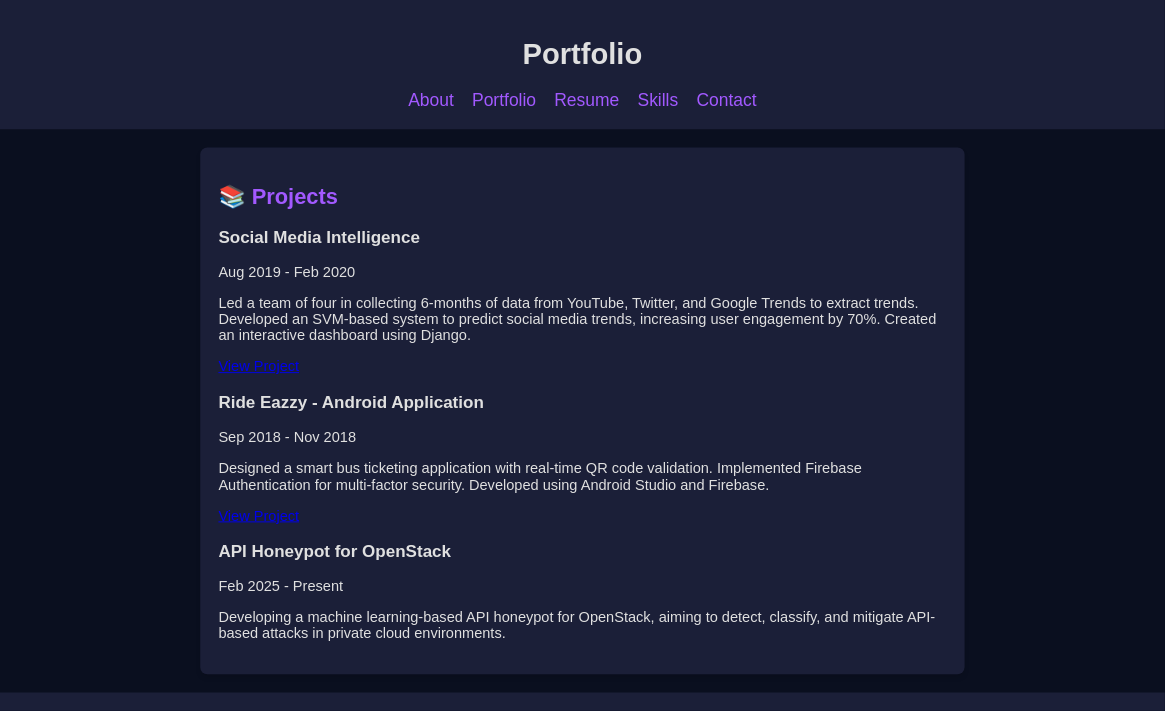
Repository: aman3singh/portfolio
Page: portfolio.html
These files come from the project's save history. The page is drawn as it stood at one moment and after the next save; the edit follows.
The browser window is 1280 px wide. The pictures show the whole page, at 91% of full size.

Above is the page before, as saved 2025-02-11 23:49:19.

After the next save:
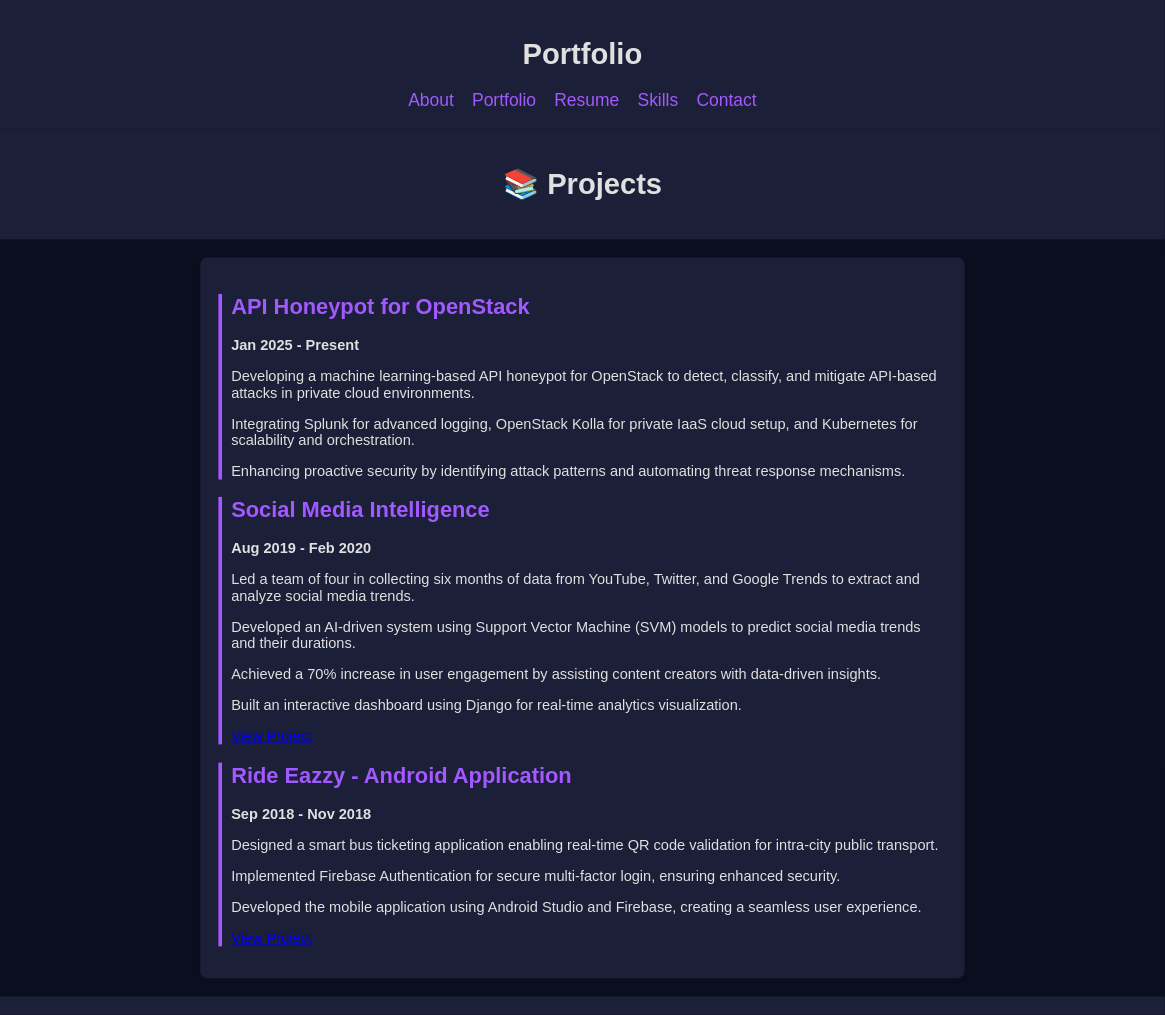
Saved 9 min 0 s later.
--- a/portfolio.html
+++ b/portfolio.html
@@ -18,33 +18,36 @@
         </nav>
     </header>
 
-    <section id="projects" class="timeline">
-        <h2>📚 Projects</h2>
+    <header>
+        <h1>📚 Projects</h1>
+    </header>
 
-        <div class="project-item">
-            <div class="project-content">
-                <h3>Social Media Intelligence</h3>
-                <span class="date">Aug 2019 - Feb 2020</span>
-                <p>Led a team of four in collecting 6-months of data from YouTube, Twitter, and Google Trends to extract trends. Developed an SVM-based system to predict social media trends, increasing user engagement by 70%. Created an interactive dashboard using Django.</p>
-                <a href="https://github.com/your-username/social-media-intelligence" target="_blank">View Project</a>
-            </div>
+    <section class="projects">
+        <div class="project">
+            <h2>API Honeypot for OpenStack</h2>
+            <p><strong>Jan 2025 - Present</strong></p>
+            <p>Developing a machine learning-based API honeypot for OpenStack to detect, classify, and mitigate API-based attacks in private cloud environments.</p>
+            <p>Integrating Splunk for advanced logging, OpenStack Kolla for private IaaS cloud setup, and Kubernetes for scalability and orchestration.</p>
+            <p>Enhancing proactive security by identifying attack patterns and automating threat response mechanisms.</p>
         </div>
 
-        <div class="project-item">
-            <div class="project-content">
-                <h3>Ride Eazzy - Android Application</h3>
-                <span class="date">Sep 2018 - Nov 2018</span>
-                <p>Designed a smart bus ticketing application with real-time QR code validation. Implemented Firebase Authentication for multi-factor security. Developed using Android Studio and Firebase.</p>
-                <a href="https://github.com/your-username/ride-eazzy" target="_blank">View Project</a>
-            </div>
+        <div class="project">
+            <h2>Social Media Intelligence</h2>
+            <p><strong>Aug 2019 - Feb 2020</strong></p>
+            <p>Led a team of four in collecting six months of data from YouTube, Twitter, and Google Trends to extract and analyze social media trends.</p>
+            <p>Developed an AI-driven system using Support Vector Machine (SVM) models to predict social media trends and their durations.</p>
+            <p>Achieved a 70% increase in user engagement by assisting content creators with data-driven insights.</p>
+            <p>Built an interactive dashboard using Django for real-time analytics visualization.</p>
+            <a href="https://github.com/your-username/social-media-intelligence" target="_blank">View Project</a>
         </div>
 
-        <div class="project-item">
-            <div class="project-content">
-                <h3>API Honeypot for OpenStack</h3>
-                <span class="date">Feb 2025 - Present</span>
-                <p>Developing a machine learning-based API honeypot for OpenStack, aiming to detect, classify, and mitigate API-based attacks in private cloud environments.</p>
-            </div>
+        <div class="project">
+            <h2>Ride Eazzy - Android Application</h2>
+            <p><strong>Sep 2018 - Nov 2018</strong></p>
+            <p>Designed a smart bus ticketing application enabling real-time QR code validation for intra-city public transport.</p>
+            <p>Implemented Firebase Authentication for secure multi-factor login, ensuring enhanced security.</p>
+            <p>Developed the mobile application using Android Studio and Firebase, creating a seamless user experience.</p>
+            <a href="https://github.com/your-username/ride-eazzy" target="_blank">View Project</a>
         </div>
     </section>
 
